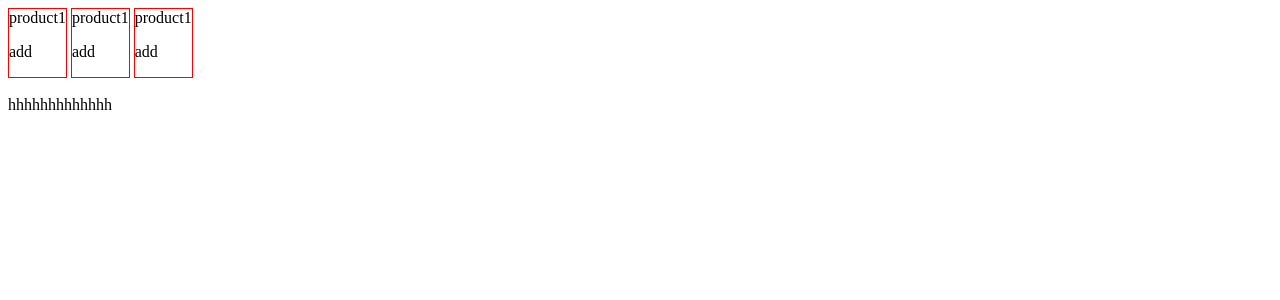
Repository: quynh232000/javascript-basic
Page: Lab5/demo.html
An editor plug-in stored every save of this project. The page is shown before and after the next save, followed by the edit.
The browser window is 1280 px wide. The pictures show the whole page.

Above is the page before, as saved 2023-07-27 21:32:02.

### Lab5/demo.html
<!DOCTYPE html>
<html lang="en">
  <head>
    <meta charset="UTF-8" />
    <meta name="viewport" content="width=device-width, initial-scale=1.0" />
    <title>Document</title>
  </head>
  <body>
    <div class="left">
      <div class="item" style="border: 1px solid red; display: inline-block">
        product1
        <div>
          <span><p class="btn">add</p></span>
        </div>
      </div>
      <div class="item" style="border: 1px solid red; display: inline-block">
        product1
        <div>
          <span><p class="btn">add</p></span>
        </div>
      </div>
      <div class="item" style="border: 1px solid red; display: inline-block">
        product1
        <div>
          <span><p class="btn">add</p></span>
        </div>
      </div>
    </div>
    <br />
    <div>hhhhhhhhhhhhh</div>
    <div class="right"></div>
    <script>
      let a = document.querySelector(".left");
      let b = document.querySelector(".right");
      a.onclick = () => {
        b.appendChild(a.cloneNode(true));
      };
    </script>
  </body>
</html>

After the next save:
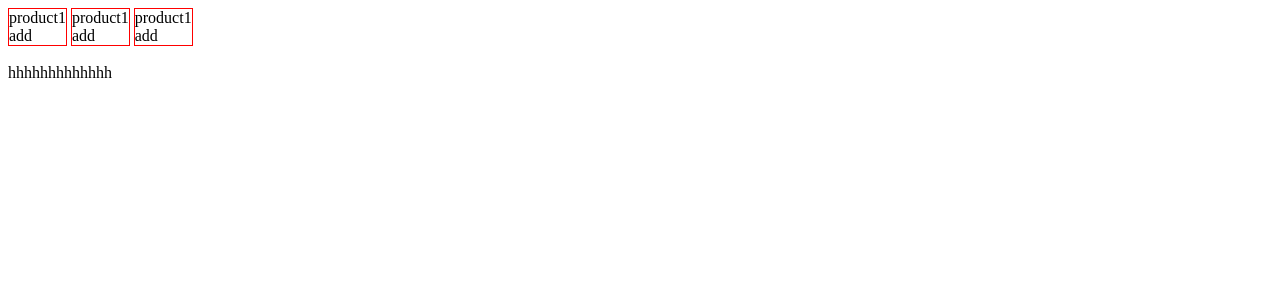
Saved 15 s later.
--- a/Lab5/demo.html
+++ b/Lab5/demo.html
@@ -10,19 +10,19 @@
       <div class="item" style="border: 1px solid red; display: inline-block">
         product1
         <div>
-          <span><p class="btn">add</p></span>
+          <span><span class="btn">add</span></span>
         </div>
       </div>
       <div class="item" style="border: 1px solid red; display: inline-block">
         product1
         <div>
-          <span><p class="btn">add</p></span>
+          <span><span class="btn">add</span></span>
         </div>
       </div>
       <div class="item" style="border: 1px solid red; display: inline-block">
         product1
         <div>
-          <span><p class="btn">add</p></span>
+          <span><span class="btn">add</span></span>
         </div>
       </div>
     </div>
